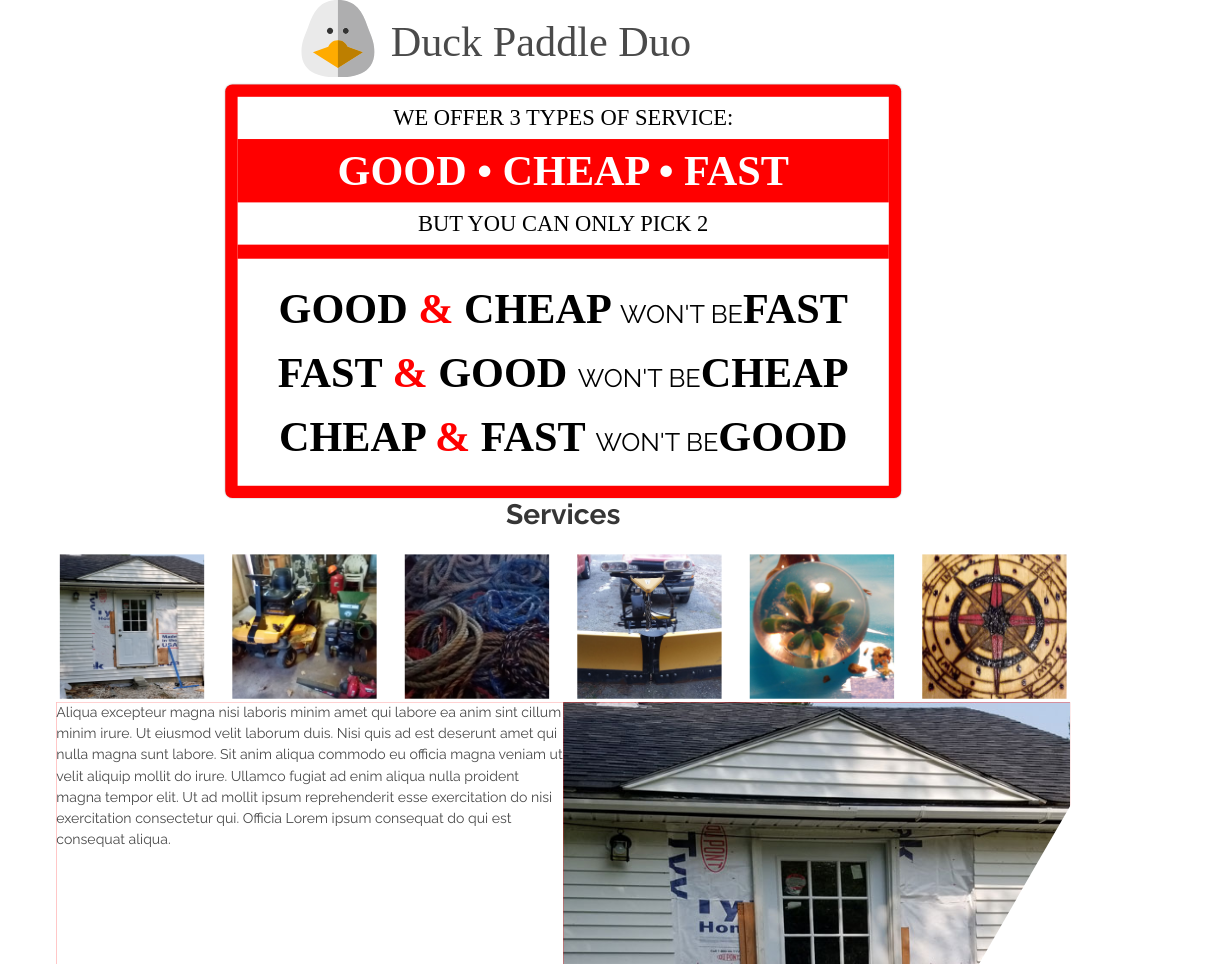
Repository: toddmcbrearty/duckpaddleduo
Page: /
The author's editor kept a copy of each file at every save. The page is drawn from the files as they stood at one save, then again after a run of saves.
The browser window is 1280 px wide. The page is 1399 px wide, then 1280 px, so the pictures cover 1399 px, including what lies to the right of the window. The pictures show the whole page, at 88% of full size.
Some web fonts or font styles are not loaded; a fallback is used. The project was rebuilt for these pictures with package versions that can differ from the ones it lists, and the page was loaded fresh each time.

Above is the page before, as saved 2018-12-11 14:58:46.

### index.html
<!DOCTYPE html>
<html>
  <head>
    <meta charset="utf-8">
    <meta name="viewport" content="width=device-width,initial-scale=1.0">
    <title>duckpaddleduo</title>
  </head>
  <body>
    <div id="app"></div>
    <!-- built files will be auto injected -->
  </body>
</html>

### src/App.vue
<template>
  <div>
    <logo/>
    <call-board class="container"/>
    <services class="container"/>
    <hero-section class="container" section="construction"/>
  </div>
</template>

<script>
import CallBoard from "./components/CallBoard";
import Logo from "./components/Logo";
import Services from "./components/Services";
import HeroSection from "./components/HeroSection";

export default {
  name: "App",

  components: { CallBoard, Logo, Services, HeroSection }
};
</script>

<style lang="scss">
@import "./assets/scss/bootstrap.scss";

.hero-items {
  display: flex;
  flex-direction: column;
}
</style>

### src/router/index.js
import Vue from 'vue';
import Router from 'vue-router';
import Services from '@/components/Services';

Vue.use(Router);

export default new Router({
  routes: [
    {
      path: '/',
      name: 'Services',
      component: Services,
    },
  ],
});

### src/assets/scss/bootstrap.scss
@import './variables';
@import 'bulma/bulma.sass';
@import url('https://fonts.googleapis.com/css?family=Condiment|Delius+Unicase:400,700|Raleway:300,400,700|Source+Sans+Pro:300,400,700');

@mixin font-condiment {
  font-family: 'Condiment', cursive;
}

@mixin font-delius {
  font-family: 'Delius Unicase', cursive;
}

@mixin font-source-sans {
  font-family: 'Source Sans Pro', sans-serif;
}

@mixin raleway {
  font-family: 'raleway', sans-serif;
}

.raleway {
  @include raleway;
}

.font-condiment {
  @include font-condiment;
}

.font-delius {
  @include font-delius;
}

.font-source-sans {
  @include font-source-sans;
}

body {
  @include raleway;
  font-size: 300;
}

### src/assets/scss/_variables.scss
// SASS style sheet */
// Palette color codes */
// Palette URL: http://paletton.com/#uid=7000u0kwi++bu++hX++++rd++kX */

// Feel free to copy&paste color codes to your application */

// As hex codes */

$primary-0: #ff0000; // Main Primary color */
$color-primary-1: #ffa4a4;
$primary: #ff7070;
$color-primary-3: #d90000;
$color-primary-4: #a70000;

$warning: #ff7400; // Main Secondary color (1) */
$color-secondary-1-1: #ffcda4;
$color-secondary-1-2: #ffb170;
$color-secondary-1-3: #d96200;
$color-secondary-1-4: #a74c00;

$link: #00ffff; // Main Secondary color (2) */
$color-secondary-2-1: #a4ffff;
$color-secondary-2-2: #70ffff;
$color-secondary-2-3: #008282;
$color-secondary-2-4: #006464;

$success: #00ff00; // Main Complement color */
$color-complement-1: #a4ffa4;
$color-complement-2: #70ff70;
$color-complement-3: #00ad00;
$color-complement-4: #008500;

// As RGBa codes */

$rgba-primary-0: rgba(255, 0, 0, 1); // Main Primary color */
$rgba-primary-1: rgba(255, 164, 164, 1);
$rgba-primary-2: rgba(255, 112, 112, 1);
$rgba-primary-3: rgba(217, 0, 0, 1);
$rgba-primary-4: rgba(167, 0, 0, 1);

$rgba-secondary-1-0: rgba(255, 116, 0, 1); // Main Secondary color (1) */
$rgba-secondary-1-1: rgba(255, 205, 164, 1);
$rgba-secondary-1-2: rgba(255, 177, 112, 1);
$rgba-secondary-1-3: rgba(217, 98, 0, 1);
$rgba-secondary-1-4: rgba(167, 76, 0, 1);

$rgba-secondary-2-0: rgba(0, 255, 255, 1); // Main Secondary color (2) */
$rgba-secondary-2-1: rgba(164, 255, 255, 1);
$rgba-secondary-2-2: rgba(112, 255, 255, 1);
$rgba-secondary-2-3: rgba(0, 130, 130, 1);
$rgba-secondary-2-4: rgba(0, 100, 100, 1);

$rgba-complement-0: rgba(0, 255, 0, 1); // Main Complement color */
$rgba-complement-1: rgba(164, 255, 164, 1);
$rgba-complement-2: rgba(112, 255, 112, 1);
$rgba-complement-3: rgba(0, 173, 0, 1);
$rgba-complement-4: rgba(0, 133, 0, 1);

// Generated by Paletton.com © 2002-2014 */
// http://paletton.com */

### src/components/CallBoard.vue
<template>
  <div class="call-board is-flex" :class="pos">
    <div class="board">
      <div class="content">
        <div class="top has-text-centered">
          <div class="call-title">We offer 3 types of service:</div>
          <div class="g-c-f font-delius">GOOD • CHEAP • FAST</div>
          <div class="call-title">But you can only pick 2</div>
        </div>
        <div class="call-tag">
          <div class="has-text-centered">
            <span class="call">
              Good
              <span class="amper"></span> Cheap
            </span>
            <span class="to">won't be</span>
            <span class="action">Fast</span>
          </div>
          <div class="has-text-centered">
            <span class="call">
              Fast
              <span class="amper"></span> Good
            </span>
            <span class="to">won't be</span>
            <span class="action">Cheap</span>
          </div>
          <div class="has-text-centered">
            <span class="call">
              Cheap
              <span class="amper"></span> Fast
            </span>
            <span class="to">won't be</span>
            <span class="action">Good</span>
          </div>
        </div>
      </div>
    </div>
  </div>
</template>

<script>
export default {
  name: "CallBoard",

  props: {
    position: {
      default: "centered"
    }
  },

  data() {
    return {
      pos: ""
    };
  },

  created() {
    this.pos = this.position;
  }
};
</script>

<style lang="scss" >
@import "../assets/scss/bootstrap.scss";

.call-board {
  justify-content: flex-start;

  &.right {
    justify-content: flex-end !important;
  }
  &.centered {
    justify-content: center !important;
  }
  color: black;

  .board {
    box-shadow: 0 0 2px rgb(160, 160, 160);
    border-radius: 8px;
    width: 16em;
    background: red;
    border-radius: 8px;
    padding: 0.3em;
    text-transform: uppercase;
    font-size: 3em;
    border: 3px white;

    .call-title {
      @include font-delius;
      font-size: 1.6rem;
      padding: 0.3rem 0;
    }

    .call-tag {
      padding: 1.2rem 0;
      border-top: 1rem solid red;
    }

    .content {
      background: white;
    }

    .g-c-f {
      font-weight: 700;
      background: red;
      color: white;
    }

    .call,
    .action {
      @include font-delius;
      font-weight: 700;
    }

    .to {
      font-size: 0.6em;
    }

    .amper {
      &::after {
        content: "&";
        color: red;
      }
    }
  }
}
</style>

### src/components/Logo.vue
<template>
  <div class="logo is-flex" :class="pos">
    <span class="title-container is-flex">
      <figure class="logo-image">
        <img src="../assets/images/duck-head.svg" class="logo-image">
      </figure>
      <span class="logo-title">Duck Paddle Duo</span>
    </span>
  </div>
</template>

<script>
export default {
  name: "Logo",

  props: {
    position: {
      default: "centered"
    }
  },

  data() {
    return {
      pos: ""
    };
  },

  created() {
    this.pos = this.position;
  }
};
</script>

<style lang="scss" scoped>
@import "../assets/scss/bootstrap.scss";

.logo {
  justify-content: flex-start;

  &.right {
    justify-content: flex-end !important;
  }
  &.centered {
    justify-content: center !important;
  }
  .title-container {
    flex: 0 0 600px;
    $img-size: 6em;
    $gap: 0.5em;
    align-content: center;

    .logo-image {
      margin-right: $gap;
    }

    .logo-title {
      align-content: center;

      @include font-delius;
      font-size: 3rem;
      letter-spacing: normal;
      margin-bottom: 0;
      padding-bottom: 0;
    }

    figure {
      width: $img-size;
      height: $img-size;
    }
  }
}
</style>

### src/components/Services.vue
<template>
  <section class="is-flex service-container">
    <div class="title has-text-centered">Services</div>
    <div class="columns services">
      <div class="is-2 service" v-for="service in services" :key="service.name">
        <figure class="image is-square">
          <figcaption v-text="service.name"></figcaption>
          <img class :src="`../../static/images/services/${service.image}`">
        </figure>
      </div>
    </div>
  </section>
</template>

<script>
import store from "../store.js";

export default {
  name: "Services",

  data() {
    return {
      services: store.services
    };
  }
};
</script>

<style lang="scss">
@import "../assets/scss/bootstrap.scss";
.service-container {
  flex-direction: column;

  .title {
    text-transform: capitalize;
  }

  .services {
    justify-content: center;

    .service {
      $image-size: 164px;

      padding: 1em;

      .image {
        width: $image-size;
        height: $image-size;

        figcaption {
          text-align: center;
          text-transform: capitalize;
          padding: 0.3em 0;
        }
      }
    }
  }
}
</style>

### src/components/HeroSection.vue
<template>
  <div class="hero-section is-flex" :class="{'reversed': isReversed}">
    <div class="text" v-html="getText"></div>
    <div>
      <figure class="image">
        <img :src="getImage">
      </figure>
    </div>
  </div>
</template>

<script>
import store from "../store.js";

export default {
  name: "HeroSection",

  props: ["section", "reversed"],

  data() {
    return {
      services: store.services,
      isReversed: false
    };
  },

  computed: {
    getText() {
      const service = this.services.filter(
        service => service.name === this.section
      );

      return service[0].description;
    },
    getImage() {
      const service = this.services.filter(
        service => service.name === this.section
      );

      return `../../static/images/services/${service[0].image}`;
    }
  }
};
</script>

<style lang="scss" scoped>
.hero-section {
  background: red;
  height: 300px;

  .text {
    background: white;
    flex: 0 0 50%;

    &::after {
      content: " ";
      position: absolute;
      display: block;
      width: 10%;
      height: 100%;
      top: 0;
      right: -10px;
      z-index: 1;
      background: white;
      transform-origin: bottom left;
      -ms-transform: skew(-30deg, 0deg);
      -webkit-transform: skew(-30deg, 0deg);
      transform: skew(-30deg, 0deg);
    }
  }

  .image {
    flex: 0 0 50%;
    width: 100%;
    height: 100%;
    overflow: hidden;

    img {
      width: 100%;
      height: auto;
    }
  }
}
.reversed {
  flex-direction: row-reverse;
}
</style>

### src/store.js
const store = {
  company: {
    logo: 'duck-head.svg',
    tag: 'We can do anything!',
    name: 'Duck Puddle Duo',
    abbr: 'DPD',
    address: '52 Duck Puddle RD',
    city: 'Nobleboro',
    state: 'ME',
    postalcode: '04555',
    phoneNumbers: ['207 624 1147', '207 624 1847'],
    email: {
      primary: 'duckpuddleduo@gmail.com',
    },
  },
  services: [
    {
      name: 'construction',
      image: 'construction.jpg',
      description:
        'Aliqua excepteur magna nisi laboris minim amet qui labore ea anim sint cillum minim irure. Ut eiusmod velit laborum duis. Nisi quis ad est deserunt amet qui nulla magna sunt labore. Sit anim aliqua commodo eu officia magna veniam ut velit aliquip mollit do irure. Ullamco fugiat ad enim aliqua nulla proident magna tempor elit. Ut ad mollit ipsum reprehenderit esse exercitation do nisi exercitation consectetur qui. Officia Lorem ipsum consequat do qui est consequat aliqua.',
      breakdown: [
        'Custom Carpentry',
        'Masonry',
        'Roofing',
        'Decks',
        'Remodeling',
        'Plumbing',
        'Honey-do list',
      ],
    },
    {
      name: 'mechanical',
      image: 'mechanical.jpg',
      description:
        'Nulla ea aliqua ea id dolor dolor Lorem. Consectetur ullamco aliqua excepteur in pariatur id pariatur eu. Sunt elit id minim ad incididunt consectetur excepteur aute minim Lorem proident. Voluptate eu ex aliquip eiusmod dolor laborum amet laborum enim anim aliqua nulla magna.',
      breakdown: [
        'Service and repair of snowblowers',
        'generators',
        'log splitters',
        'weed wackers',
        'lawnmowers',
        'tractors',
        'heavy equipment and more. We also offer fabrication welding',
      ],
    },
    {
      name: 'rope/sewing',
      image: 'rope.jpg',
      description:
        'Dolor qui officia culpa magna consequat veniam duis culpa labore magna aliqua do tempor non. Esse commodo pariatur sunt reprehenderit ipsum non. Irure non mollit proident nulla tempor fugiat velit culpa.',
      breakdown: ['Custom Fyke nets', 'lobster rope doormats'],
    },
    {
      name: 'property management',
      image: 'property-management.jpg',
      description:
        'Pariatur aliquip do aliquip reprehenderit consequat proident elit in. Laboris commodo elit consectetur culpa esse enim ea non fugiat id eu aute ipsum commodo. Proident laboris incididunt veniam adipisicing duis ex.',
    },
    {
      name: 'glass',
      image: 'glass.jpg',
      description:
        'Nulla ullamco eiusmod cupidatat dolor ex ea. Consequat pariatur laborum velit nulla ad et sunt nulla aliquip. In officia qui culpa enim reprehenderit et ipsum excepteur minim sint sint. Tempor exercitation do dolore aliqua qui anim laborum magna.',
      breakdown: [
        'Lampwork-handmade beads',
        'pendants',
        'wine stoppers',
        'ornaments',
        'cremation pendants',
        'window hangers and more. If you can dream it',
        'we can make it… Stained Glass- custom designs made to order',
      ],
    },
    {
      name: 'woodburning',
      image: 'wood-burning.jpg',
      description:
        'Ex minim adipisicing laborum culpa est. Lorem irure qui velit officia laboris. Esse eiusmod tempor amet anim proident.',
      breakdown: ['Custom signs made to order in any shape or size.'],
    },
  ],

  employees: {
    owners: ['Lawrence Friend Jr.', 'Emerald Friend'],
  },
};

export default store;

Loaded but not shown: src/main.js (common file)

After the next 2 saves:
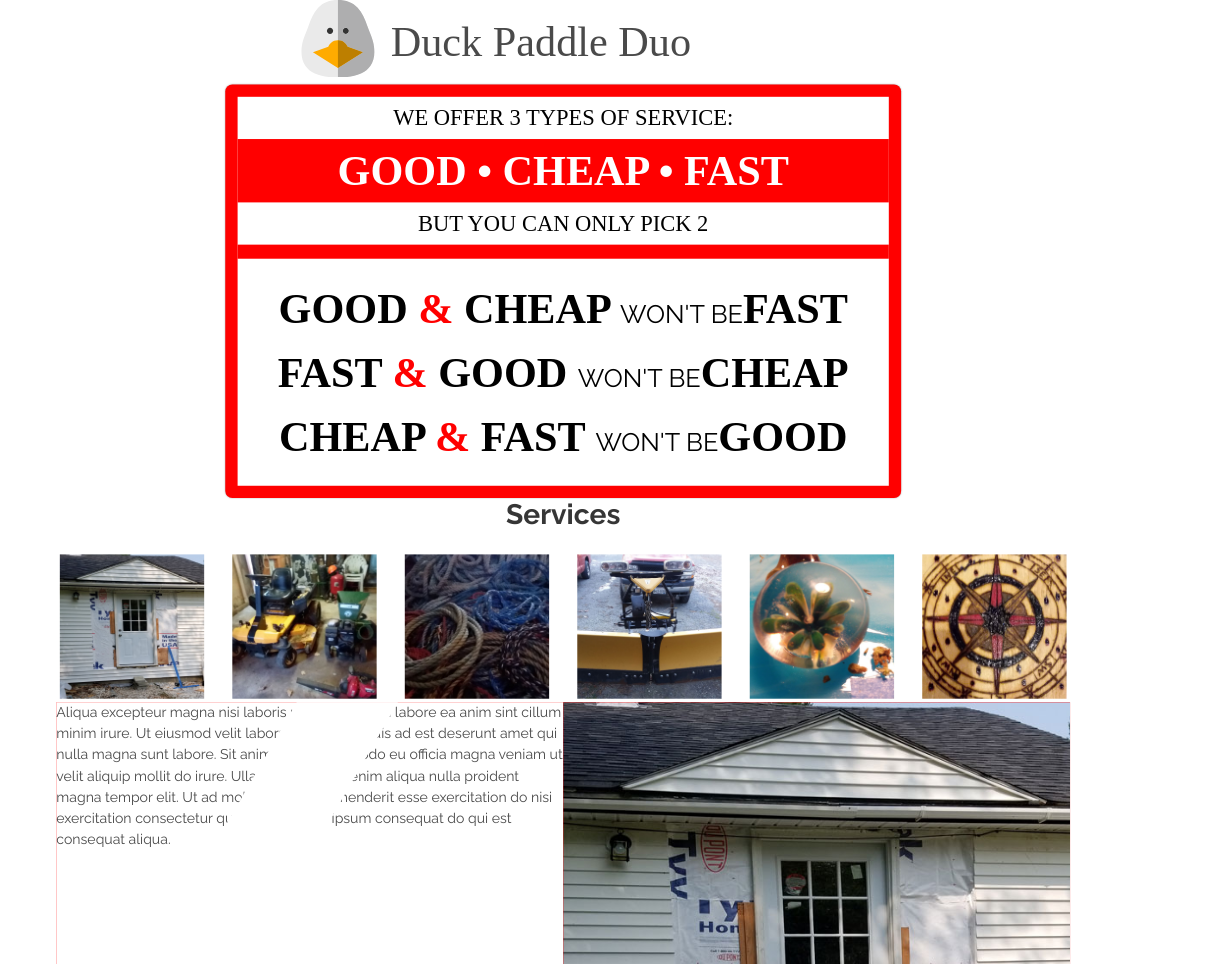
The 2 saves are shown as one change because they came seconds apart.
The last was saved 16 s later.
--- a/src/components/HeroSection.vue
+++ b/src/components/HeroSection.vue
@@ -59,7 +59,7 @@
       width: 10%;
       height: 100%;
       top: 0;
-      right: -10px;
+      left: 100px;
       z-index: 1;
       background: white;
       transform-origin: bottom left;
